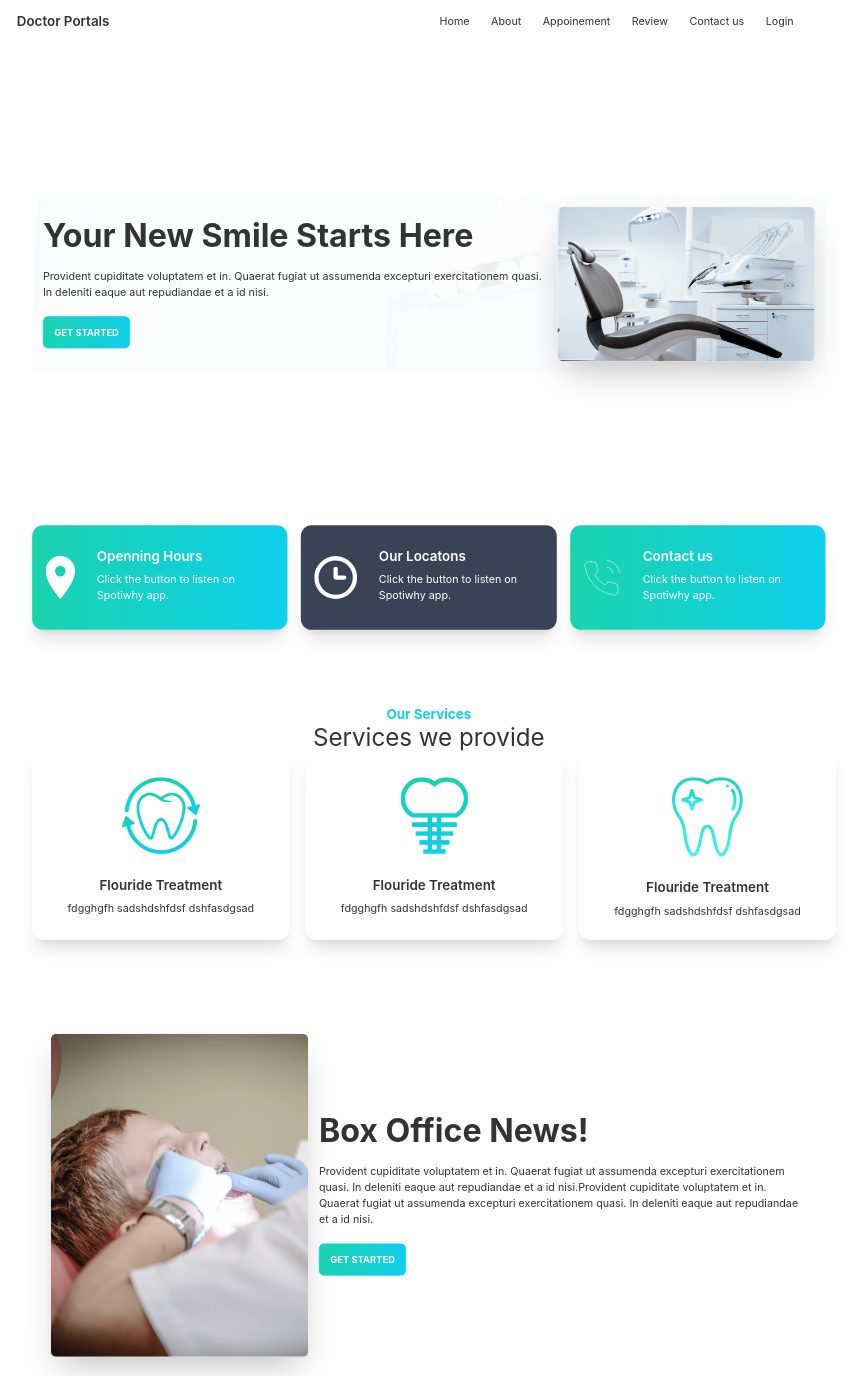
Repository: devsajid/doctors-portal-client
Page: /
These files come from the project's save history. The page is drawn as it stood at one moment and after the next save; the edit follows.
The browser window is 1280 px wide. The pictures show the whole page, at 67% of full size.
Backgrounds fixed to the window are drawn as part of the page. The project was rebuilt for these pictures with package versions that can differ from the ones it lists, and the page was loaded fresh each time. Also part of the build but not shown: src/App.css, src/Pages/About/About.js, src/Pages/Appoinment/Appoinment.js, src/Pages/Contact/Contact.js, src/Pages/Login/Login.js, src/Pages/Review/Review.js.

Above is the page before, as saved 2022-08-05 22:48:08.

After the next save:
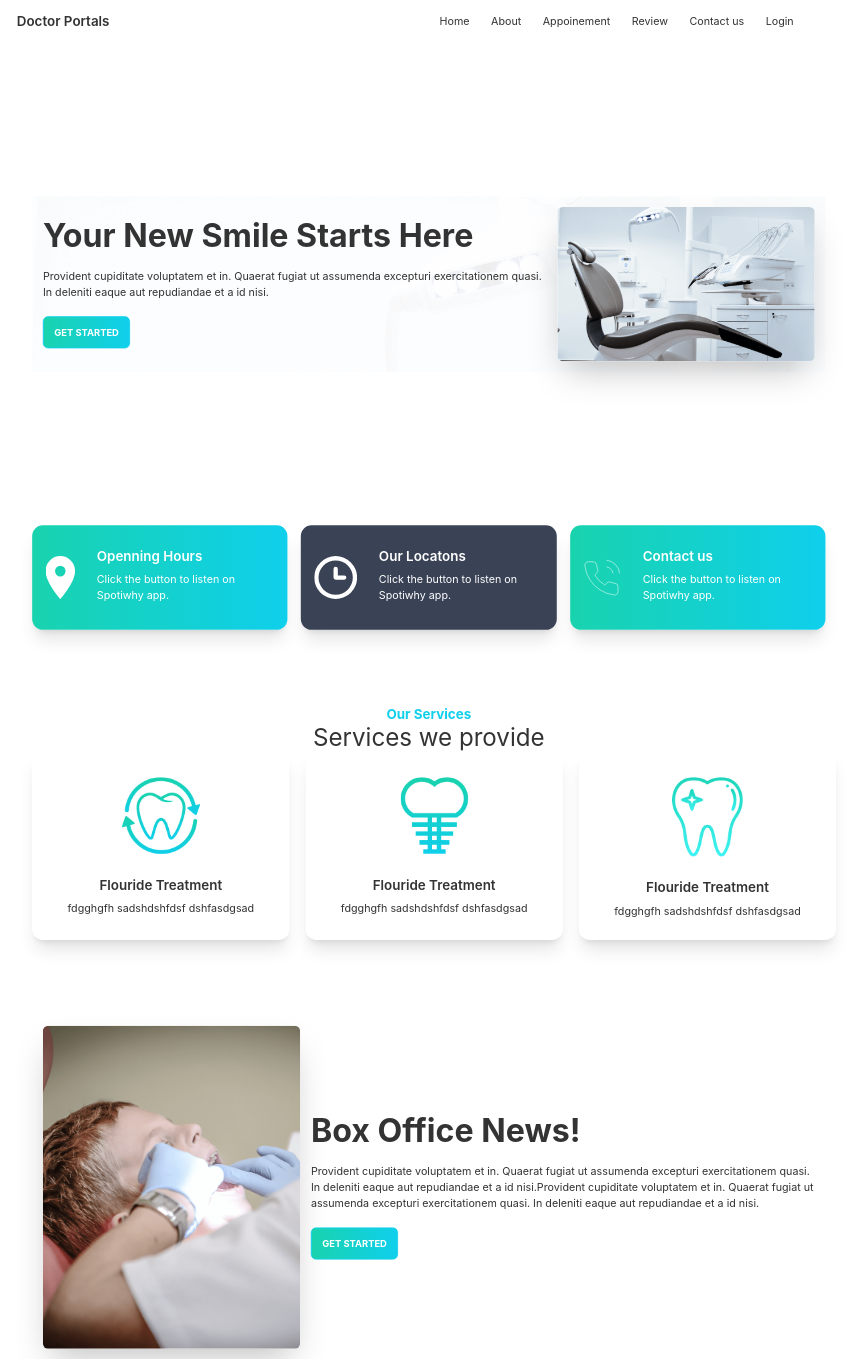
Saved 16 s later.
--- a/src/Pages/Terms/Terms.js
+++ b/src/Pages/Terms/Terms.js
@@ -4,7 +4,7 @@ import PrimaryButton from "../Home/Share/Navbar/PrimaryButton/PrimaryButton";
 const Terms = () => {
   return (
     <div class="hero">
-      <div class="hero-content pl-30 flex-col lg:flex-row m-3">
+      <div class="hero-content pl-30 flex-col lg:flex-row m-30">
         <img
           src={treatment}
           class="max-w-sm rounded-lg shadow-2xl"
